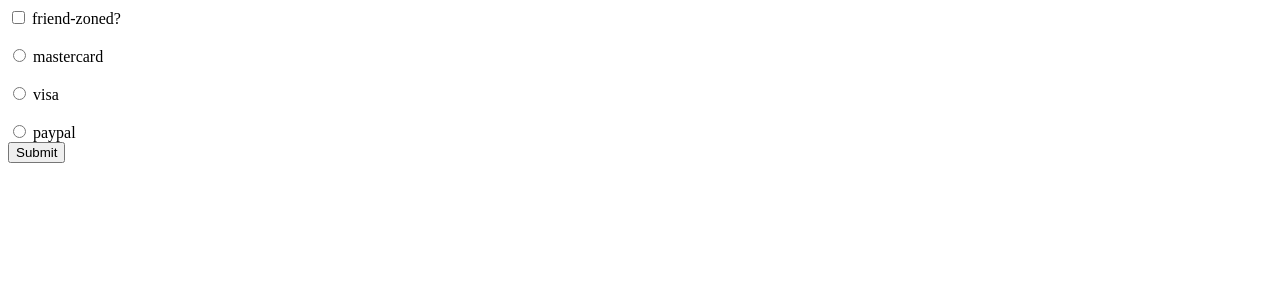
Repository: Apekshit-Yadav/myDotfiles
Page: Documents/GitHub/coding-projects/brojs/checked_property/index.html
An editor plug-in stored every save of this project. The page is shown before and after the next save, followed by the edit.
The browser window is 1280 px wide. The pictures show the whole page.

Above is the page before, as saved 2025-04-02 17:51:50.

After the next save:
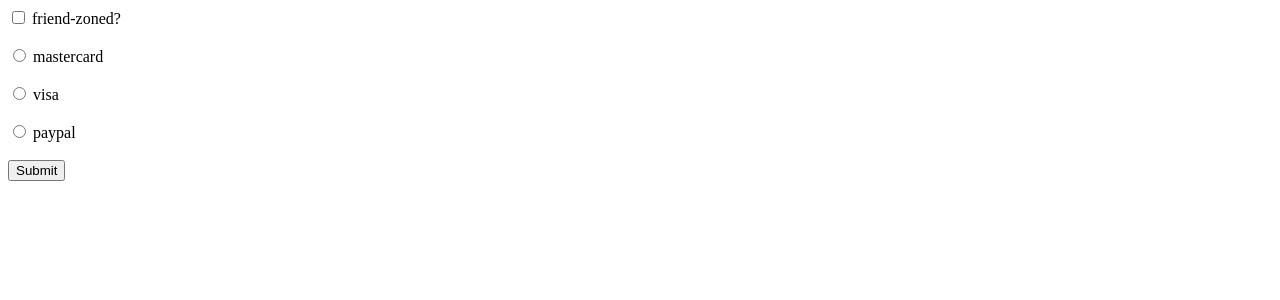
Saved 31 s later.
--- a/Documents/GitHub/coding-projects/brojs/checked_property/index.html
+++ b/Documents/GitHub/coding-projects/brojs/checked_property/index.html
@@ -19,7 +19,7 @@
     <br><br>
 
     <input type="radio" id="card3" name="oneoption">
-    <label for="card3">paypal</label><br>
+    <label for="card3">paypal</label><br><br>
 
     <button type="submit" id="subbtn">Submit</button><br>
     <p id="mypara"></p>
